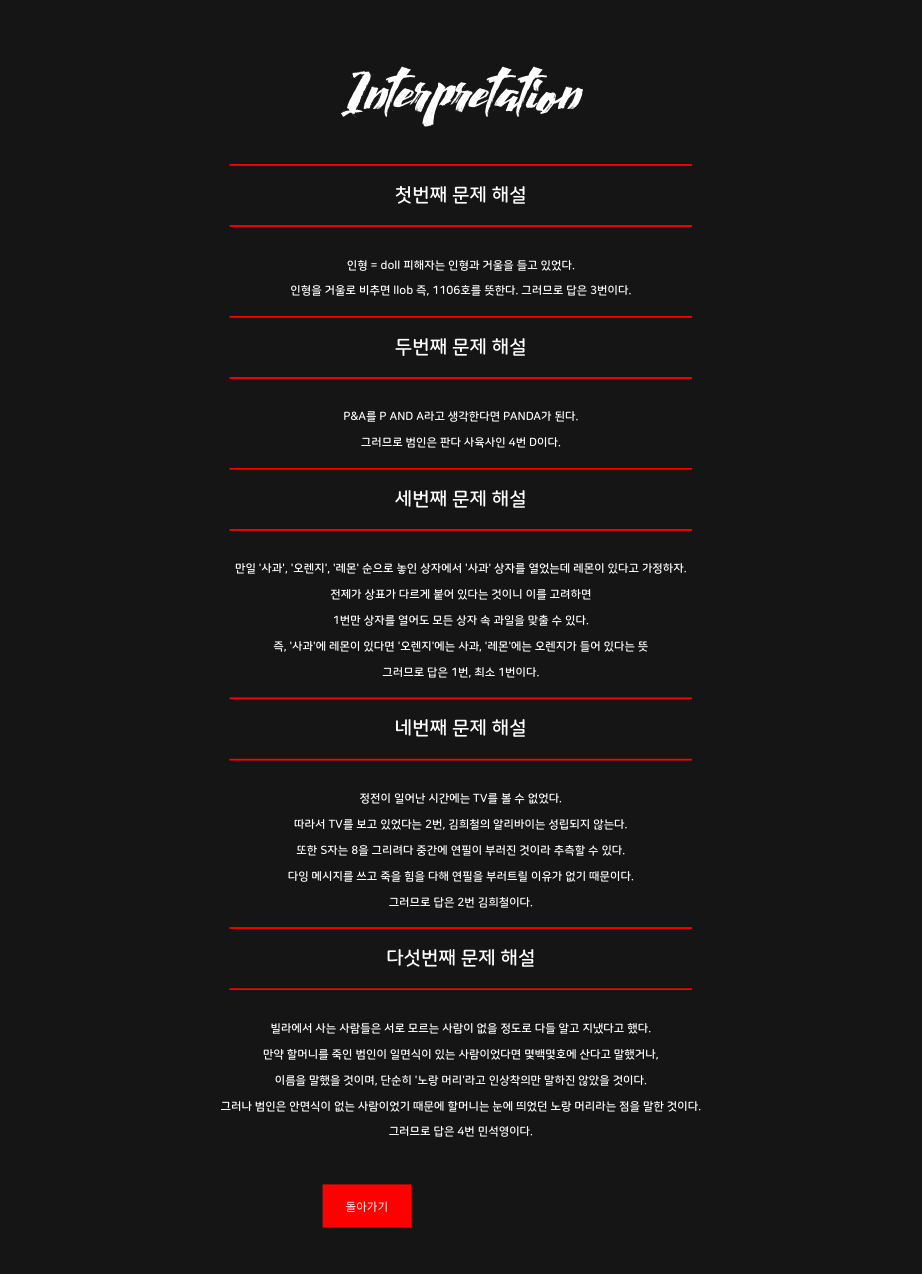
Repository: minkyung0421/Event_Project
Page: http://localhost/Event/inter.jsp
The author's editor kept a copy of each file at every save. The page is drawn from the files as they stood at one save, then again after the next save.
The browser window is 1280 px wide. The pictures show the whole page, at 72% of full size.
The page is served by Tomcat 9.

Above is the page before, as saved 2018-09-04 20:02:52.

After the next save:
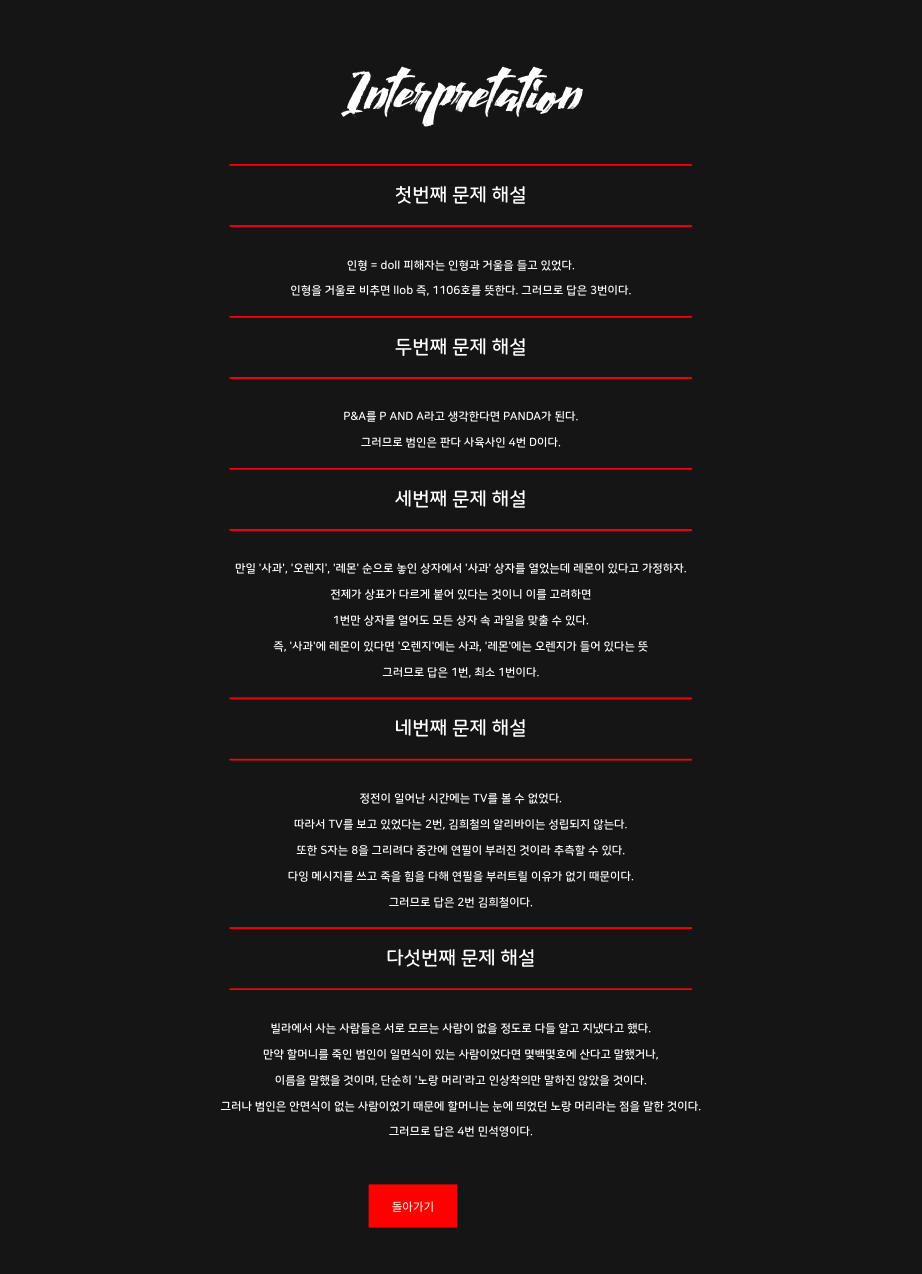
Saved 18 s later.
--- a/Event_Project/Event/WebContent/inter.jsp
+++ b/Event_Project/Event/WebContent/inter.jsp
@@ -119,6 +119,6 @@ button:hover:before,button:hover:after{
 		단순히 '노랑 머리'라고 인상착의만 말하진 않았을 것이다.<br><br>
 		그러나 범인은 안면식이 없는 사람이었기 때문에 할머니는 눈에 띄었던 노랑 머리라는 점을 말한 것이다. <br><br>그러므로 답은 4번 민석영이다.
 </center>
-<button name = "button" onClick='window.close()' style = "margin-left:35%; margin-bottom:5%; margin-top:5%">돌아가기</button>
+<button name = "button" onClick='window.close()' style = "margin-left:40%; margin-bottom:5%; margin-top:5%">돌아가기</button>
 </body>
 </html>
